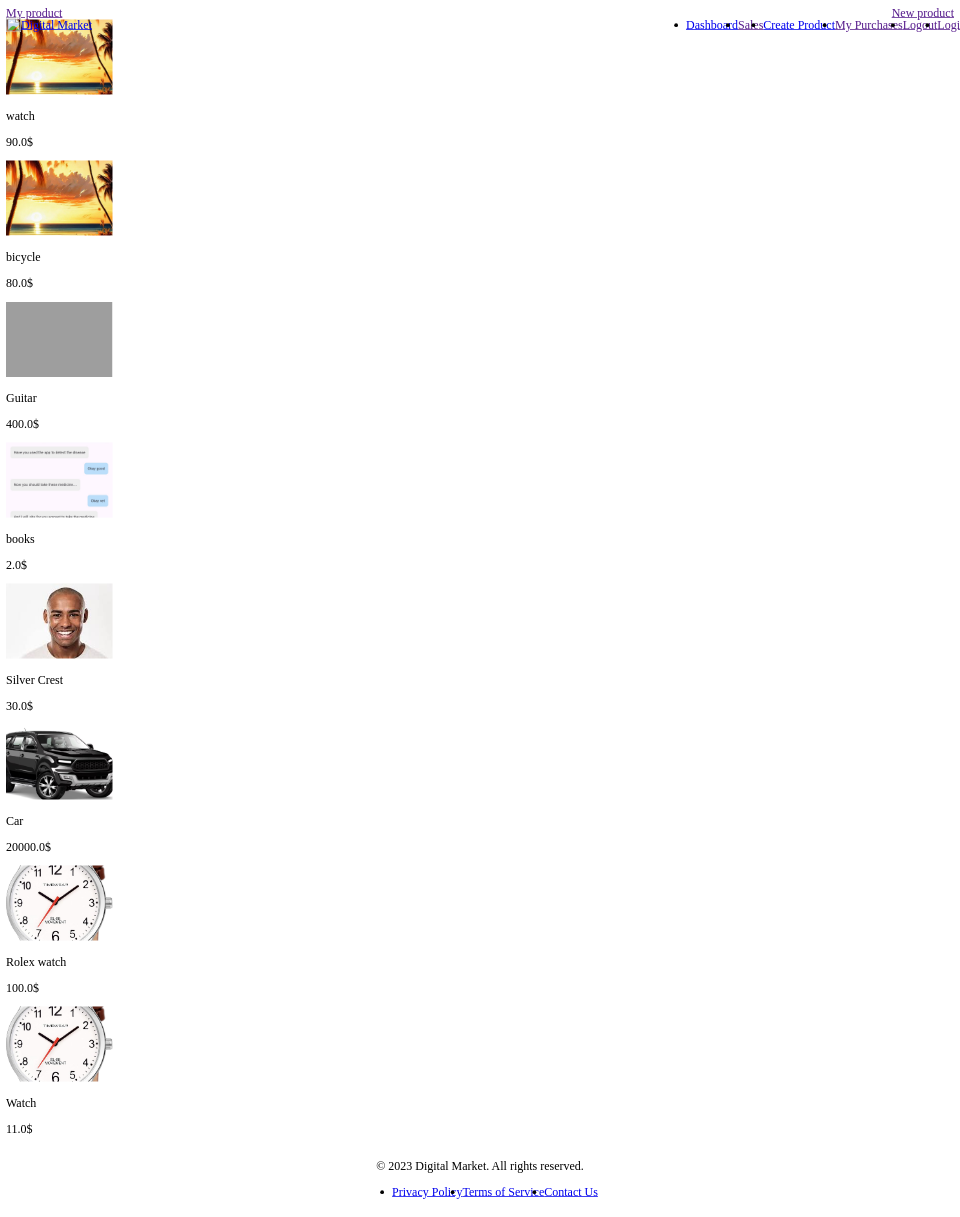
Repository: Zedestar/DigitalMarket_django
Page: http://localhost/dashboard/
An editor plug-in stored every save of this project. The page is shown before and after the next save, followed by the edit.
The browser window is 1280 px wide. The pictures show the whole page, at 75% of full size.
Pictures or frames that could not be fetched are drawn as grey boxes. The page is served by the project's application, run on Django 5.2 (manage.py). Other server files are loaded and not shown. Style sheets and scripts are compiled from the project's sources, by tool versions that may differ from the author's. The page reads the database file committed with the project.

Above is the page before, as saved 2025-03-28 16:32:02.

### myapp/templates/myapp/dashboard.html
{% extends 'base.html' %}
{% block body %}
    <div class="m-4">
        <div class="flex justify-between shadow-sm py-4">
            <a href="" class="text-lg font-bold">My product</a>
            <div class="bg-green-600">
                <a href="" class="font-bold text-lg text-white p-8">New product</a>
            </div>
        </div>
    </div>
    <div class="m-5">
        {% for product in products %}
            <div class="shadow-sm m-2 p-2">
                <div class="">
                    <div class="w-42 h-42">
                        <img src="{{ product.photo.url }}"
                             alt="{{ product.name }}"
                             class="w-42 h-42 object-cover"
                             height="100px"
                             width="142px">
                    </div>
                    <div>
                        <p>{{ product.name }}</p>
                        <p>{{ product.price }}$</p>
                    </div>
                </div>
            </div>
        {% endfor %}
    </div>
{% endblock body %}

### templates/base.html
{% load static %}
<!DOCTYPE html>
<html lang="en">
    <head>
        <meta charset="UTF-8">
        <meta name="viewport" content="width=device-width, initial-scale=1.0">
        <meta name="keywords">
        <meta name="description">
        <title>Document</title>
        <link rel="stylesheet" href="{% static 'tailwind/styles.css' %}">
    </head>
    <body class="bg-gray-200 flex flex-col min-h-screen">
        {% include 'partials/navbar.html' %}
        {% if messages %}
            <div id="successModal"
                 class="fixed inset-0 flex items-center justify-center bg-gray-900 bg-opacity-50">
                <div class="bg-white rounded-lg p-6 w-96 shadow-lg">
                    <h2 class="text-lg font-bold text-green-600">Success</h2>
                    <p class="mt-2 text-gray-600">
                        {% for message in messages %}{{ message }}{% endfor %}
                    </p>
                    <button onclick="closeModal()"
                            class="mt-4 bg-green-500 text-white px-4 py-2 rounded hover:bg-green-600">OK</button>
                </div>
            </div>
            <script>
    document.addEventListener("DOMContentLoaded", function () {
        var successModal = document.getElementById("successModal");
        if (successModal) {
            setTimeout(() => {
                successModal.style.display = "none";
            }, 3000); // Auto-hide after 3 seconds
        }
    });

    function closeModal() {
        document.getElementById("successModal").style.display = "none";
    }
            </script>
        {% endif %}
        <main class="flex-1 mt-10">
            {% block body %}
            {% endblock body %}
        </main>
        {% include 'partials/footer.html' %}
    </body>
</html>

### templates/partials/navbar.html
<nav class="fixed top-0 w-full z-10">
    <div class="flex justify-between shadow-lg py-2 text-sm font-medium">
        <a href="{% url 'index_view' %}"
           class="flex items-center justify-center ml-6">
            <img src="" alt="" height="20px" width="20px">
            <span class="mx-2 text-green-600 text-24">Digital Market</span>
        </a>
        <ul class="mr-6 flex">
            <li class="mx-4">
                <a href="{% url 'dashboard' %}">Dashboard</a>
            </li>
            <li class="mx-4">
                <a href="">Sales</a>
            </li>
            <li class="mx-4">
                <a href="{% url 'create_product' %}">Create Product</a>
            </li>
            <li class="mx-4">
                <a href="">My Purchases</a>
            </li>
            <li class="mx-4">
                <a href="">Logout</a>
            </li>
            <li class="mx-4">
                <a href="">Login</a>
            </li>
        </ul>
    </div>
</nav>

### templates/partials/footer.html
<footer class="bg-gray-200 text-black py-1 shadow-lg bottom-0 w-full">
    <div class="container mx-auto text-center">
        <p>&copy; 2023 Digital Market. All rights reserved.</p>
        <ul class="flex justify-center">
            <li class="mx-4">
                <a href="#" class="hover:underline">Privacy Policy</a>
            </li>
            <li class="mx-4">
                <a href="#" class="hover:underline">Terms of Service</a>
            </li>
            <li class="mx-4">
                <a href="#" class="hover:underline">Contact Us</a>
            </li>
        </ul>
    </div>
</footer>

### myapp/models.py
from django.db import models
from django.conf import settings

# Create your models here.


class Category(models.Model):
    name = models.CharField(max_length=100, null=False, blank=False)
    description = models.TextField(null=True, blank=True)

    def __str__(self):
        return self.name



class Product(models.Model):
    name = models.CharField(max_length=100, null=False, blank=False)
    description = models.TextField()
    price = models.FloatField(null=False, blank=False)
    category = models.ForeignKey(Category, blank=False, null=True, on_delete=models.SET_NULL)
    photo = models.ImageField(upload_to='product-photos')
    created_at = models.DateTimeField(auto_now_add=True)
    updated_at = models.DateTimeField(auto_now=True)

    def __str__(self):
        return self.name


class Order(models.Model):
    user = models.ForeignKey(settings.AUTH_USER_MODEL, related_name="orders", on_delete=models.PROTECT)
    created_at = models.DateTimeField(auto_now_add=True)
    updated_at = models.DateTimeField(auto_now=True)
    total_amount = models.FloatField(default=0)
    status = models.CharField(max_length=100, choices=[
        ('Pending', 'Pending'),
        ('Completed', 'Completed'),
        ('Cancelled', 'Cancelled'),
        ], default='Pending')

    def __str__(self):
        return f"{ self.user.username} - {self.total_amount}"



class OrderItem(models.Model):
    order = models.ForeignKey(Order, related_name="items", on_delete=models.CASCADE)
    product = models.ForeignKey(Product, on_delete=models.PROTECT)
    quantity = models.IntegerField(default=1)
    color = models.CharField(max_length=100, choices=[
        ('Red', 'Red'),
        ('Blue', 'Blue'),
        ('Green', 'Green'),
        ('Brown', 'Brown'),

    ],  default='Red')



    def __str__(self):
        return f"Delivery {self.order.user} - {self.status}"

### myapp/views.py
from django.shortcuts import render, redirect
from django.contrib import messages
from .models import Product
from .forms import ProductForm

# Create your views here.


def index(request):
    products = Product.objects.all()
    context = {
        'products' : products
    }
    return render(request, 'myapp/index.html', context=context)


def product_details(request, pk):
    product = Product.objects.get(pk=pk)
    context = {
        'product' : product
    }
    return render(request, 'myapp/product_details.html', context=context)


def create_product(request):
    if request.method == "POST":
        form = ProductForm(request.POST, request.FILES)
        if form.is_valid():
            form.save()
            messages.success(request, "Product created successfully")
            return redirect("index_view")
    else:
        form = ProductForm()
    context = {
        "form" : form,
    }
    return render(request, 'myapp/create_product.html', context=context)


def edit_product(request, pk):
    product_to_edit = Product.objects.get(pk=pk)
    if request.method == "POST":
        form = ProductForm(request.POST, request.FILES, instance=product_to_edit)
        if form.is_valid():
            form.save()
            messages.success(request, "Product updated successfully")
            return redirect("index_view")
        else:
            messages.error(request, f"{form.errors}")
    else:
        form = ProductForm(instance=product_to_edit)
    context = {
        "form":form
    }
    return render(request, 'myapp/edit_product.html', context=context)


def delete_product(request, pk):
    product_to_delete = Product.objects.get(pk=pk)
    context = {
        'product' : product_to_delete
    }
    if request.method == "POST":
        messages.success(request, f"{product_to_delete.name} deleted successfully")
        product_to_delete.delete()
        return redirect("index_view")
    return render(request, 'myapp/delete_product.html', context=context)


def dashboard(request):
    products = Product.objects.all()
    context = {
        "products":products
    }
    return render(request, 'myapp/dashboard.html', context=context)

### DigitalMarket/urls.py
"""
URL configuration for DigitalMarket project.

The `urlpatterns` list routes URLs to views. For more information please see:
    https://docs.djangoproject.com/en/5.1/topics/http/urls/
Examples:
Function views
    1. Add an import:  from my_app import views
    2. Add a URL to urlpatterns:  path('', views.home, name='home')
Class-based views
    1. Add an import:  from other_app.views import Home
    2. Add a URL to urlpatterns:  path('', Home.as_view(), name='home')
Including another URLconf
    1. Import the include() function: from django.urls import include, path
    2. Add a URL to urlpatterns:  path('blog/', include('blog.urls'))
"""
from django.contrib import admin
from django.urls import path, include
from django.conf import settings
from django.conf.urls.static import static

urlpatterns = [
    path('admin/', admin.site.urls),
    path('', include('myapp.urls')),
]

urlpatterns += static(settings.MEDIA_URL, document_root=settings.MEDIA_ROOT)

### myapp/urls.py
from .  import views
from django.urls import path

urlpatterns = [
    path('', views.index, name='index_view'),
    path('product_details/<str:pk>/', views.product_details, name='product_details'),
    path('create_product', views.create_product, name='create_product'),
    path('edit_product/<str:pk>/', views.edit_product, name='edit_product'),
    path('delete_product/<str:pk>/', views.delete_product, name='delete_product'),
    path('dashboard/', views.dashboard, name='dashboard'),
]

### db.sqlite3 (the tables this page reads, as SQL)
CREATE TABLE "myapp_product" ("id" integer NOT NULL PRIMARY KEY AUTOINCREMENT, "name" varchar(100) NOT NULL, "description" text NOT NULL, "price" real NOT NULL, "created_at" datetime NOT NULL, "updated_at" datetime NOT NULL, "photo" varchar(100) NOT NULL, "category_id" bigint NULL REFERENCES "myapp_category" ("id") DEFERRABLE INITIALLY DEFERRED);
INSERT INTO "myapp_product" VALUES
(5, 'watch', 'This is german watch', 90.0, '2025-03-19 15:09:57.364696', '2025-03-19 15:09:57.364696', 'product-photos/wallpaper_T6tvKyB.jpg', NULL),
(6, 'bicycle', 'THis is electric bucycle', 80.0, '2025-03-19 15:11:28.591059', '2025-03-19 15:11:28.591059', 'product-photos/wallpaper_3pVK7fH.jpg', NULL),
(7, 'Guitar', 'This is electric guiatar made with steal', 400.0, '2025-03-19 15:36:16.491002', '2025-03-19 15:36:16.496000', 'product-photos/zedddy.jpg', NULL),
(8, 'books', 'Made in China', 2.0, '2025-03-19 17:16:41.118921', '2025-03-19 17:16:41.118921', 'product-photos/tempFileForShare_20250207-083344.jpg', NULL),
(9, 'Silver Crest', 'Heavy duty', 30.0, '2025-03-19 17:18:02.422139', '2025-03-19 17:18:02.422139', 'product-photos/african_men.jpg', NULL),
(11, 'Car', 'Best self car', 20000.0, '2025-03-28 05:17:11.976292', '2025-03-28 05:17:11.976292', 'product-photos/Carrr.png', 1),
(12, 'Rolex watch', 'Water proof watch', 100.0, '2025-03-28 05:26:45.633340', '2025-03-28 05:26:45.633340', 'product-photos/watch.jpg', 2),
(13, 'Watch', 'This is the form resulted after edited', 11.0, '2025-03-28 05:38:41.486585', '2025-03-28 07:27:57.234266', 'product-photos/watch_FlOU8Bs.jpg', 2);

Loaded but not shown: static/tailwind/tailwindClasses.css (common file)

After the next save:
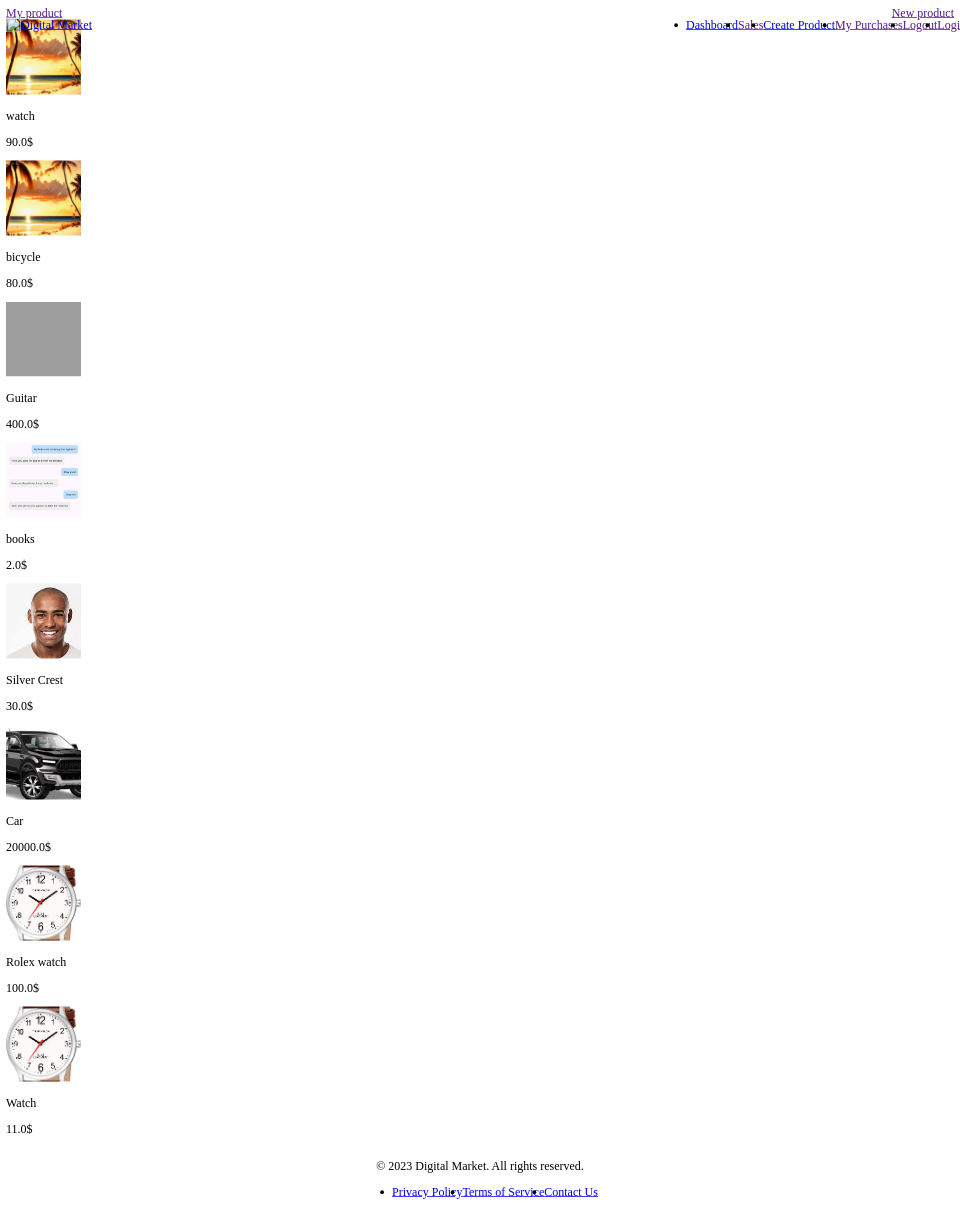
Saved 13 s later.
--- a/myapp/templates/myapp/dashboard.html
+++ b/myapp/templates/myapp/dashboard.html
@@ -17,7 +17,7 @@
                              alt="{{ product.name }}"
                              class="w-42 h-42 object-cover"
                              height="100px"
-                             width="142px">
+                             width="100px">
                     </div>
                     <div>
                         <p>{{ product.name }}</p>
